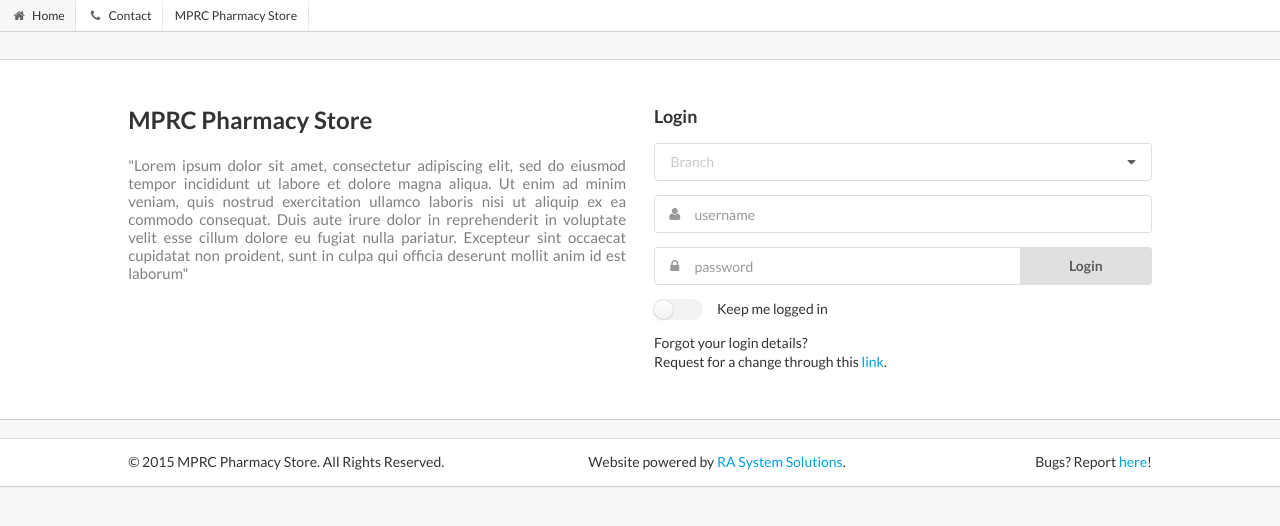
Repository: thdrwngkd/oims
Page: public/index.html
The author's editor kept a record of every edit. The page is drawn from the files as they stood at one moment, then again after the next edit.
The browser window is 1280 px wide. The pictures show the whole page.

Above is the page before.

### public/index.html
<!DOCTYPE html>
<html>
  <head>
    <!-- Standard Meta -->
    <meta charset="utf-8" />
    <meta http-equiv="X-UA-Compatible" content="IE=edge,chrome=1" />
    <meta name="viewport" content="width=device-width, initial-scale=1.0, maximum-scale=1.0">

    <!-- Site Properities -->
    <title>Online Inventory Management</title>

    <link href="../dist/googleapis.css" rel="stylesheet" type="text/css">
    <link href="../dist/semantic.css"   rel="stylesheet" type="text/css">
    <link href="../src/css/base.css"    rel="stylesheet" type="text/css">

    <script src="../dist/jquery.js"></script>
    <script src="../dist/jquery.address.js"></script>
    <script src="../dist/semantic.js"></script>

  </head>
  <body>
    <!-- Start  Header Navbar -->
    <header>
      <nav class="ui fixed fluid main small menu">
        <a class="item" href="#"><i class="home icon"></i>  Home</a>
        <a class="item" href="#"><i class="call icon"></i>  Contact</a>
        <a class="item">MPRC Pharmacy Store</a>
      </nav>
    </header>
    <!-- End    Header Navbar -->
    <div class="clear height sixty pixels"></div>
    <!-- Start  Section Masthead Segment -->
    <section class="ui center segment clear">
      <div class="ui stackable page grid top-bottom margin twenty pixels">
        <div class="two column row">
          <div class="column">
            <h2 class="ui header">
              MPRC Pharmacy Store
              <div class="sub header" style="margin-top: 20px; text-align: justify">
                "Lorem ipsum dolor sit amet, consectetur adipiscing elit, sed do eiusmod tempor incididunt ut labore et dolore magna aliqua. Ut enim ad minim veniam, quis nostrud exercitation ullamco laboris nisi ut aliquip ex ea commodo consequat. Duis aute irure dolor in reprehenderit in voluptate velit esse cillum dolore eu fugiat nulla pariatur. Excepteur sint occaecat cupidatat non proident, sunt in culpa qui officia deserunt mollit anim id est laborum"
              </div>
            </h2>
          </div>
          <div class="column">
            <h3 class="ui header">
              Login
            </h3>
            <form class="ui fluid form">
              <div class="field">
                <div class="ui selection dropdown">
                  <input type="hidden" name="gender">
                  <div class="default text">Branch</div>
                  <i class="dropdown icon"></i>
                  <div class="menu">
                    <div class="item" data-value="male">Pag-Asa</div>
                    <div class="item" data-value="female">Daang Tubo</div>
                  </div>
                </div>
              </div>
              <div class="field">
                <div class="ui left icon input">
                  <input type="text" placeholder="username">
                  <i class="user icon"></i>
                </div>
              </div>
              <div class="field">
                <div class="ui left icon action input">
                  <i class="lock icon"></i>
                  <input name="email" type="text" placeholder="password">
                  <div class="ui submit button">Login</div>
                </div>
              </div>
              <div class="field">
                <div class="ui toggle checkbox">
                  <input type="checkbox" name="keep_logged" value="x">
                  <label>Keep me logged in</label>
                </div>
              </div>
              <div class="field">
                <p>Forgot your login details?<br>Request for a change through this <a href="forgot-password.html">link</a>.</p>
              </div>
            </form>
          </div>
        </div>
      </div>

    </section>
    <!-- End    Projects Section -->
    <div class="clear height twenty pixels"></div>
    <!-- Start  About Section -->
    <section class="ui footer segment clear">
      <div class="ui three column stackable page grid">
        <div class="row">
          <div class="seven wide column">
            <p>© 2015 MPRC Pharmacy Store. All Rights Reserved.</p>
          </div>
          <div class="six wide column">
            <p>Website powered by <a href="">RA System Solutions</a>.</p>
          </div>
          <div class="right aligned three wide column">
            <p>Bugs? Report <a href="">here</a>!</p>
          </div>
        </div>
      </div>
    </section>
    <!-- End    About Section -->
    <!-- Javascript Imports -->
      <script src="../dist/base.js"></script>
    <!-- Javascript Imports -->
  </body>
</html>

### dist/googleapis.css
/* cyrillic-ext */
@font-face {
  font-family: 'Open Sans';
  font-style: normal;
  font-weight: 300;
  src: local('Open Sans Light'), local('OpenSans-Light'), url(http://fonts.gstatic.com/s/opensans/v10/DXI1ORHCpsQm3Vp6mXoaTSUUniRZcd_wq8DYmIfsw2A.woff2) format('woff2');
  unicode-range: U+0460-052F, U+20B4, U+2DE0-2DFF, U+A640-A69F;
}
/* cyrillic */
@font-face {
  font-family: 'Open Sans';
  font-style: normal;
  font-weight: 300;
  src: local('Open Sans Light'), local('OpenSans-Light'), url(http://fonts.gstatic.com/s/opensans/v10/DXI1ORHCpsQm3Vp6mXoaTeXREeHhJi4GEUJI9ob_ak4.woff2) format('woff2');
  unicode-range: U+0400-045F, U+0490-0491, U+04B0-04B1, U+2116;
}
/* devanagari */
@font-face {
  font-family: 'Open Sans';
  font-style: normal;
  font-weight: 300;
  src: local('Open Sans Light'), local('OpenSans-Light'), url(http://fonts.gstatic.com/s/opensans/v10/DXI1ORHCpsQm3Vp6mXoaTY0Uz7fbu6RM5MPetubMKio.woff2) format('woff2');
  unicode-range: U+02BC, U+0900-097F, U+1CD0-1CF6, U+1CF8-1CF9, U+200B-200D, U+20A8, U+20B9, U+25CC, U+A830-A839, U+A8E0-A8FB;
}
/* greek-ext */
@font-face {
  font-family: 'Open Sans';
  font-style: normal;
  font-weight: 300;
  src: local('Open Sans Light'), local('OpenSans-Light'), url(http://fonts.gstatic.com/s/opensans/v10/DXI1ORHCpsQm3Vp6mXoaTfzy0yu4vcvNhe7QLuoE8rU.woff2) format('woff2');
  unicode-range: U+1F00-1FFF;
}
/* greek */
@font-face {
  font-family: 'Open Sans';
  font-style: normal;
  font-weight: 300;
  src: local('Open Sans Light'), local('OpenSans-Light'), url(http://fonts.gstatic.com/s/opensans/v10/DXI1ORHCpsQm3Vp6mXoaTc9-ZSaZ3mOOsU9E1f6DGWc.woff2) format('woff2');
  unicode-range: U+0370-03FF;
}
/* vietnamese */
@font-face {
  font-family: 'Open Sans';
  font-style: normal;
  font-weight: 300;
  src: local('Open Sans Light'), local('OpenSans-Light'), url(http://fonts.gstatic.com/s/opensans/v10/DXI1ORHCpsQm3Vp6mXoaTYZI5FoslwusAsZHK_V0XCI.woff2) format('woff2');
  unicode-range: U+0102-0103, U+1EA0-1EF1, U+20AB;
}
/* latin-ext */
@font-face {
  font-family: 'Open Sans';
  font-style: normal;
  font-weight: 300;
  src: local('Open Sans Light'), local('OpenSans-Light'), url(http://fonts.gstatic.com/s/opensans/v10/DXI1ORHCpsQm3Vp6mXoaTRUOjZSKWg4xBWp_C_qQx0o.woff2) format('woff2');
  unicode-range: U+0100-024F, U+1E00-1EFF, U+20A0-20AB, U+20AD-20CF, U+2C60-2C7F, U+A720-A7FF;
}
/* latin */
@font-face {
  font-family: 'Open Sans';
  font-style: normal;
  font-weight: 300;
  src: local('Open Sans Light'), local('OpenSans-Light'), url(http://fonts.gstatic.com/s/opensans/v10/DXI1ORHCpsQm3Vp6mXoaTegdm0LZdjqr5-oayXSOefg.woff2) format('woff2');
  unicode-range: U+0000-00FF, U+0131, U+0152-0153, U+02C6, U+02DA, U+02DC, U+2000-206F, U+2074, U+20AC, U+2212, U+2215, U+E0FF, U+EFFD, U+F000;
}
/* cyrillic-ext */
@font-face {
  font-family: 'Open Sans';
  font-style: normal;
  font-weight: 400;
  src: local('Open Sans'), local('OpenSans'), url(http://fonts.gstatic.com/s/opensans/v10/K88pR3goAWT7BTt32Z01m1tXRa8TVwTICgirnJhmVJw.woff2) format('woff2');
  unicode-range: U+0460-052F, U+20B4, U+2DE0-2DFF, U+A640-A69F;
}
/* cyrillic */
@font-face {
  font-family: 'Open Sans';
  font-style: normal;
  font-weight: 400;
  src: local('Open Sans'), local('OpenSans'), url(http://fonts.gstatic.com/s/opensans/v10/RjgO7rYTmqiVp7vzi-Q5UVtXRa8TVwTICgirnJhmVJw.woff2) format('woff2');
  unicode-range: U+0400-045F, U+0490-0491, U+04B0-04B1, U+2116;
}
/* devanagari */
@font-face {
  font-family: 'Open Sans';
  font-style: normal;
  font-weight: 400;
  src: local('Open Sans'), local('OpenSans'), url(http://fonts.gstatic.com/s/opensans/v10/ttwNtsRpgsxVmgGGmiUOEltXRa8TVwTICgirnJhmVJw.woff2) format('woff2');
  unicode-range: U+02BC, U+0900-097F, U+1CD0-1CF6, U+1CF8-1CF9, U+200B-200D, U+20A8, U+20B9, U+25CC, U+A830-A839, U+A8E0-A8FB;
}
/* greek-ext */
@font-face {
  font-family: 'Open Sans';
  font-style: normal;
  font-weight: 400;
  src: local('Open Sans'), local('OpenSans'), url(http://fonts.gstatic.com/s/opensans/v10/LWCjsQkB6EMdfHrEVqA1KVtXRa8TVwTICgirnJhmVJw.woff2) format('woff2');
  unicode-range: U+1F00-1FFF;
}
/* greek */
@font-face {
  font-family: 'Open Sans';
  font-style: normal;
  font-weight: 400;
  src: local('Open Sans'), local('OpenSans'), url(http://fonts.gstatic.com/s/opensans/v10/xozscpT2726on7jbcb_pAltXRa8TVwTICgirnJhmVJw.woff2) format('woff2');
  unicode-range: U+0370-03FF;
}
/* vietnamese */
@font-face {
  font-family: 'Open Sans';
  font-style: normal;
  font-weight: 400;
  src: local('Open Sans'), local('OpenSans'), url(http://fonts.gstatic.com/s/opensans/v10/59ZRklaO5bWGqF5A9baEEVtXRa8TVwTICgirnJhmVJw.woff2) format('woff2');
  unicode-range: U+0102-0103, U+1EA0-1EF1, U+20AB;
}
/* latin-ext */
@font-face {
  font-family: 'Open Sans';
  font-style: normal;
  font-weight: 400;
  src: local('Open Sans'), local('OpenSans'), url(http://fonts.gstatic.com/s/opensans/v10/u-WUoqrET9fUeobQW7jkRVtXRa8TVwTICgirnJhmVJw.woff2) format('woff2');
  unicode-range: U+0100-024F, U+1E00-1EFF, U+20A0-20AB, U+20AD-20CF, U+2C60-2C7F, U+A720-A7FF;
}
/* latin */
@font-face {
  font-family: 'Open Sans';
  font-style: normal;
  font-weight: 400;
  src: local('Open Sans'), local('OpenSans'), url(http://fonts.gstatic.com/s/opensans/v10/cJZKeOuBrn4kERxqtaUH3VtXRa8TVwTICgirnJhmVJw.woff2) format('woff2');
  unicode-range: U+0000-00FF, U+0131, U+0152-0153, U+02C6, U+02DA, U+02DC, U+2000-206F, U+2074, U+20AC, U+2212, U+2215, U+E0FF, U+EFFD, U+F000;
}
/* cyrillic-ext */
@font-face {
  font-family: 'Open Sans';
  font-style: normal;
  font-weight: 700;
  src: local('Open Sans Bold'), local('OpenSans-Bold'), url(http://fonts.gstatic.com/s/opensans/v10/k3k702ZOKiLJc3WVjuplzCUUniRZcd_wq8DYmIfsw2A.woff2) format('woff2');
  unicode-range: U+0460-052F, U+20B4, U+2DE0-2DFF, U+A640-A69F;
}
/* cyrillic */
@font-face {
  font-family: 'Open Sans';
  font-style: normal;
  font-weight: 700;
  src: local('Open Sans Bold'), local('OpenSans-Bold'), url(http://fonts.gstatic.com/s/opensans/v10/k3k702ZOKiLJc3WVjuplzOXREeHhJi4GEUJI9ob_ak4.woff2) format('woff2');
  unicode-range: U+0400-045F, U+0490-0491, U+04B0-04B1, U+2116;
}
/* devanagari */
@font-face {
  font-family: 'Open Sans';
  font-style: normal;
  font-weight: 700;
  src: local('Open Sans Bold'), local('OpenSans-Bold'), url(http://fonts.gstatic.com/s/opensans/v10/k3k702ZOKiLJc3WVjuplzI0Uz7fbu6RM5MPetubMKio.woff2) format('woff2');
  unicode-range: U+02BC, U+0900-097F, U+1CD0-1CF6, U+1CF8-1CF9, U+200B-200D, U+20A8, U+20B9, U+25CC, U+A830-A839, U+A8E0-A8FB;
}
/* greek-ext */
@font-face {
  font-family: 'Open Sans';
  font-style: normal;
  font-weight: 700;
  src: local('Open Sans Bold'), local('OpenSans-Bold'), url(http://fonts.gstatic.com/s/opensans/v10/k3k702ZOKiLJc3WVjuplzPzy0yu4vcvNhe7QLuoE8rU.woff2) format('woff2');
  unicode-range: U+1F00-1FFF;
}
/* greek */
@font-face {
  font-family: 'Open Sans';
  font-style: normal;
  font-weight: 700;
  src: local('Open Sans Bold'), local('OpenSans-Bold'), url(http://fonts.gstatic.com/s/opensans/v10/k3k702ZOKiLJc3WVjuplzM9-ZSaZ3mOOsU9E1f6DGWc.woff2) format('woff2');
  unicode-range: U+0370-03FF;
}
/* vietnamese */
@font-face {
  font-family: 'Open Sans';
  font-style: normal;
  font-weight: 700;
  src: local('Open Sans Bold'), local('OpenSans-Bold'), url(http://fonts.gstatic.com/s/opensans/v10/k3k702ZOKiLJc3WVjuplzIZI5FoslwusAsZHK_V0XCI.woff2) format('woff2');
  unicode-range: U+0102-0103, U+1EA0-1EF1, U+20AB;
}
/* latin-ext */
@font-face {
  font-family: 'Open Sans';
  font-style: normal;
  font-weight: 700;
  src: local('Open Sans Bold'), local('OpenSans-Bold'), url(http://fonts.gstatic.com/s/opensans/v10/k3k702ZOKiLJc3WVjuplzBUOjZSKWg4xBWp_C_qQx0o.woff2) format('woff2');
  unicode-range: U+0100-024F, U+1E00-1EFF, U+20A0-20AB, U+20AD-20CF, U+2C60-2C7F, U+A720-A7FF;
}
/* latin */
@font-face {
  font-family: 'Open Sans';
  font-style: normal;
  font-weight: 700;
  src: local('Open Sans Bold'), local('OpenSans-Bold'), url(http://fonts.gstatic.com/s/opensans/v10/k3k702ZOKiLJc3WVjuplzOgdm0LZdjqr5-oayXSOefg.woff2) format('woff2');
  unicode-range: U+0000-00FF, U+0131, U+0152-0153, U+02C6, U+02DA, U+02DC, U+2000-206F, U+2074, U+20AC, U+2212, U+2215, U+E0FF, U+EFFD, U+F000;
}
/* cyrillic-ext */
@font-face {
  font-family: 'Open Sans';
  font-style: italic;
  font-weight: 300;
  src: local('Open Sans Light Italic'), local('OpenSansLight-Italic'), url(http://fonts.gstatic.com/s/opensans/v10/PRmiXeptR36kaC0GEAetxnJcj75aoY2FkN1K7fN5pSM.woff2) format('woff2');
  unicode-range: U+0460-052F, U+20B4, U+2DE0-2DFF, U+A640-A69F;
}
/* cyrillic */
@font-face {
  font-family: 'Open Sans';
  font-style: italic;
  font-weight: 300;
  src: local('Open Sans Light Italic'), local('OpenSansLight-Italic'), url(http://fonts.gstatic.com/s/opensans/v10/PRmiXeptR36kaC0GEAetxn1Xmpo4ASt4tV2E8fbn9tc.woff2) format('woff2');
  unicode-range: U+0400-045F, U+0490-0491, U+04B0-04B1, U+2116;
}
/* devanagari */
@font-face {
  font-family: 'Open Sans';
  font-style: italic;
  font-weight: 300;
  src: local('Open Sans Light Italic'), local('OpenSansLight-Italic'), url(http://fonts.gstatic.com/s/opensans/v10/PRmiXeptR36kaC0GEAetxp0ZClPV6EjNt18zha_DeYY.woff2) format('woff2');
  unicode-range: U+02BC, U+0900-097F, U+1CD0-1CF6, U+1CF8-1CF9, U+200B-200D, U+20A8, U+20B9, U+25CC, U+A830-A839, U+A8E0-A8FB;
}
/* greek-ext */
@font-face {
  font-family: 'Open Sans';
  font-style: italic;
  font-weight: 300;
  src: local('Open Sans Light Italic'), local('OpenSansLight-Italic'), url(http://fonts.gstatic.com/s/opensans/v10/PRmiXeptR36kaC0GEAetxhvwU2jSZ_W3bMnLe__5hmc.woff2) format('woff2');
  unicode-range: U+1F00-1FFF;
}
/* greek */
@font-face {
  font-family: 'Open Sans';
  font-style: italic;
  font-weight: 300;
  src: local('Open Sans Light Italic'), local('OpenSansLight-Italic'), url(http://fonts.gstatic.com/s/opensans/v10/PRmiXeptR36kaC0GEAetxlG2YASMDG4K4_XuakzasE8.woff2) format('woff2');
  unicode-range: U+0370-03FF;
}
/* vietnamese */
@font-face {
  font-family: 'Open Sans';
  font-style: italic;
  font-weight: 300;
  src: local('Open Sans Light Italic'), local('OpenSansLight-Italic'), url(http://fonts.gstatic.com/s/opensans/v10/PRmiXeptR36kaC0GEAetxqRhChYxGgJf4PX4Wvk4Rlk.woff2) format('woff2');
  unicode-range: U+0102-0103, U+1EA0-1EF1, U+20AB;
}
/* latin-ext */
@font-face {
  font-family: 'Open Sans';
  font-style: italic;
  font-weight: 300;
  src: local('Open Sans Light Italic'), local('OpenSansLight-Italic'), url(http://fonts.gstatic.com/s/opensans/v10/PRmiXeptR36kaC0GEAetxo05NJhCxBV64hQBJiatqx0.woff2) format('woff2');
  unicode-range: U+0100-024F, U+1E00-1EFF, U+20A0-20AB, U+20AD-20CF, U+2C60-2C7F, U+A720-A7FF;
}
/* latin */
@font-face {
  font-family: 'Open Sans';
  font-style: italic;
  font-weight: 300;
  src: local('Open Sans Light Italic'), local('OpenSansLight-Italic'), url(http://fonts.gstatic.com/s/opensans/v10/PRmiXeptR36kaC0GEAetxko2lTMeWA_kmIyWrkNCwPc.woff2) format('woff2');
  unicode-range: U+0000-00FF, U+0131, U+0152-0153, U+02C6, U+02DA, U+02DC, U+2000-206F, U+2074, U+20AC, U+2212, U+2215, U+E0FF, U+EFFD, U+F000;
}
/* vietnamese */
@font-face {
  font-family: 'Source Sans Pro';
  font-style: normal;
  font-weight: 400;
  src: local('Source Sans Pro'), local('SourceSansPro-Regular'), url(http://fonts.gstatic.com/s/sourcesanspro/v9/ODelI1aHBYDBqgeIAH2zlNOAHFN6BivSraYkjhveRHY.woff2) format('woff2');
  unicode-range: U+0102-0103, U+1EA0-1EF1, U+20AB;
}
/* latin-ext */
@font-face {
  font-family: 'Source Sans Pro';
  font-style: normal;
  font-weight: 400;
  src: local('Source Sans Pro'), local('SourceSansPro-Regular'), url(http://fonts.gstatic.com/s/sourcesanspro/v9/ODelI1aHBYDBqgeIAH2zlC2Q8seG17bfDXYR_jUsrzg.woff2) format('woff2');
  unicode-range: U+0100-024F, U+1E00-1EFF, U+20A0-20AB, U+20AD-20CF, U+2C60-2C7F, U+A720-A7FF;
}
/* latin */
@font-face {
  font-family: 'Source Sans Pro';
  font-style: normal;
  font-weight: 400;
  src: local('Source Sans Pro'), local('SourceSansPro-Regular'), url(http://fonts.gstatic.com/s/sourcesanspro/v9/ODelI1aHBYDBqgeIAH2zlNV_2ngZ8dMf8fLgjYEouxg.woff2) format('woff2');
  unicode-range: U+0000-00FF, U+0131, U+0152-0153, U+02C6, U+02DA, U+02DC, U+2000-206F, U+2074, U+20AC, U+2212, U+2215, U+E0FF, U+EFFD, U+F000;
}
/* vietnamese */
@font-face {
  font-family: 'Source Sans Pro';
  font-style: normal;
  font-weight: 700;
  src: local('Source Sans Pro Bold'), local('SourceSansPro-Bold'), url(http://fonts.gstatic.com/s/sourcesanspro/v9/toadOcfmlt9b38dHJxOBGDovqjS_dXPZszO_XltPdNg.woff2) format('woff2');
  unicode-range: U+0102-0103, U+1EA0-1EF1, U+20AB;
}
/* latin-ext */
@font-face {
  font-family: 'Source Sans Pro';
  font-style: normal;
  font-weight: 700;
  src: local('Source Sans Pro Bold'), local('SourceSansPro-Bold'), url(http://fonts.gstatic.com/s/sourcesanspro/v9/toadOcfmlt9b38dHJxOBGFxe-GPfKKFmiXaJ_Q0GFr8.woff2) format('woff2');
  unicode-range: U+0100-024F, U+1E00-1EFF, U+20A0-20AB, U+20AD-20CF, U+2C60-2C7F, U+A720-A7FF;
}
/* latin */
@font-face {
  font-family: 'Source Sans Pro';
  font-style: normal;
  font-weight: 700;
  src: local('Source Sans Pro Bold'), local('SourceSansPro-Bold'), url(http://fonts.gstatic.com/s/sourcesanspro/v9/toadOcfmlt9b38dHJxOBGEo0As1BFRXtCDhS66znb_k.woff2) format('woff2');
  unicode-range: U+0000-00FF, U+0131, U+0152-0153, U+02C6, U+02DA, U+02DC, U+2000-206F, U+2074, U+20AC, U+2212, U+2215, U+E0FF, U+EFFD, U+F000;
}

### src/css/base.css

      .clear.height {
        height: 0;
      }

      .clear.height.ten.pixels {
        height: 10px;
      }

      .clear.height.twenty.pixels {
        height: 20px;
      }

      .clear.height.forty.pixels {
        height: 40px;
      }

      .clear.height.sixty.pixels {
        height: 60px;
      }

      .clear.height.eighty.pixels {
        height: 80px;
      }

      .clear.height.one.hundred.pixels {
        height: 100px;
      }

      .clear.height.two.hundred.pixels {
        height: 200px;
      }

      .ui.clear {
        border-radius: 0;
        margin: 0;
      }

      .ui.top-bottom.margin {
        margin-top: 100px;
        margin-bottom: 100px;
      }

      .ui.top-bottom.margin.ten.pixels {
        margin-top:     10px;
        margin-bottom:  10px;
      }

      .ui.top-bottom.margin.twenty.pixels {
        margin-top:     20px;
        margin-bottom:  20px;
      }

      .ui.top-bottom.margin.forty.pixels {
        margin-top:     40px;
        margin-bottom:  40px;
      }

      .ui.skill.label {
        margin-top: 4px;
        margin-bottom: 4px;
      }

      .bordered {
        border: 1px solid black;
      }

### dist/base.js
$(document).ready(function(){
  $('.dropdown').dropdown();
  $('.checkbox').checkbox();
});

Loaded but not shown: dist/semantic.css (library); dist/jquery.js (library); dist/jquery.address.js (library); dist/semantic.js (library)

After the next edit:
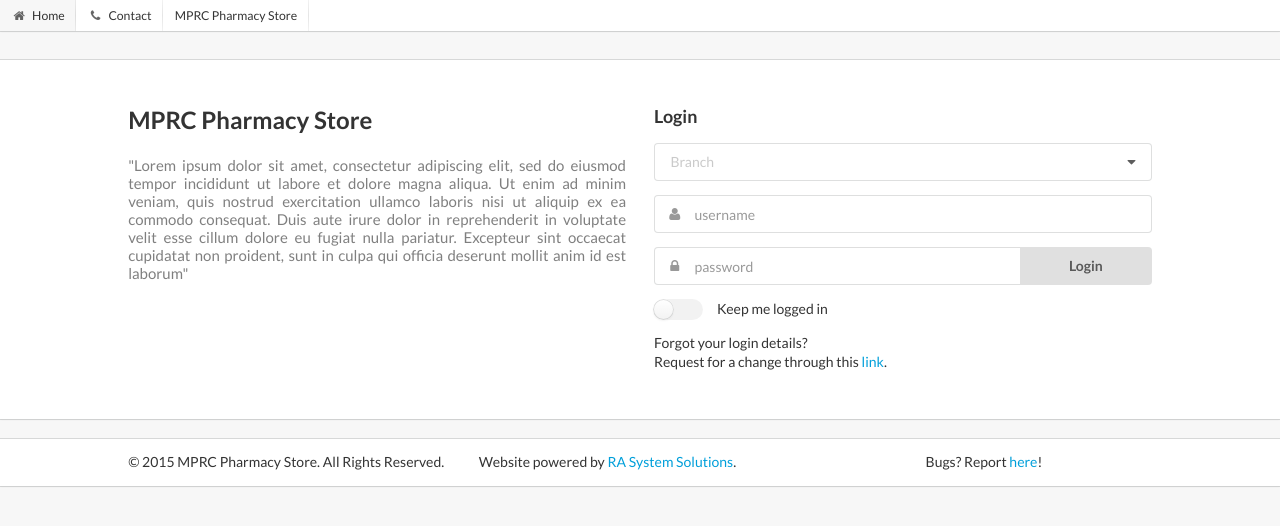
The edit:
--- a/public/index.html
+++ b/public/index.html
@@ -91,7 +91,7 @@
     <section class="ui footer segment clear">
       <div class="ui three column stackable page grid">
         <div class="row">
-          <div class="seven wide column">
+          <div class="column">
             <p>© 2015 MPRC Pharmacy Store. All Rights Reserved.</p>
           </div>
           <div class="six wide column">
